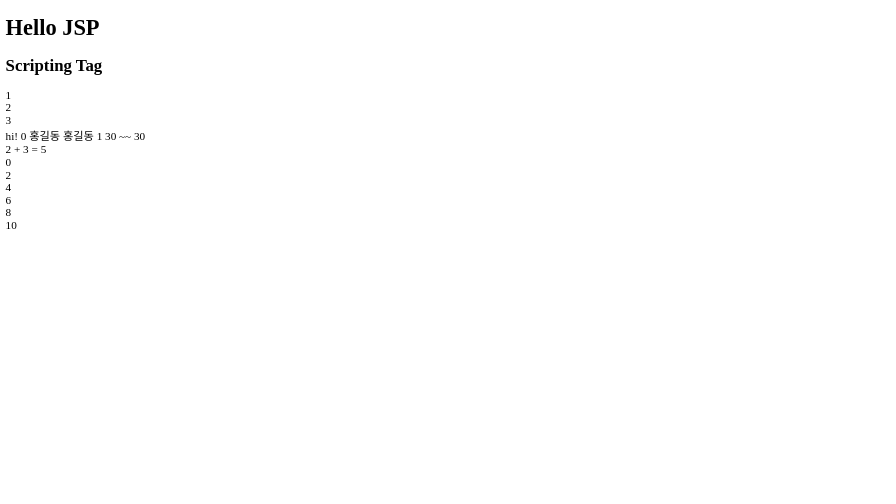
Repository: mi-ci/ai
Page: http://localhost/jsp01/ch01/b01.jsp
These files come from the project's save history. The page is drawn as it stood at one moment and after the next save; the edit follows.
The browser window is 1280 px wide. The pictures show the part of the page from y = 0 to 1920 px (the page is 720 px tall before and 9249 px after), at 70% of full size.
The page is served by Tomcat 9. Other server files are loaded and not shown.

Above is the page before, as saved 2024-01-16 07:40:48.

### jsp01/src/main/webapp/ch01/b01.jsp
<%@ page language="java" contentType="text/html; charset=UTF-8"
    pageEncoding="UTF-8"%>
<!DOCTYPE html>
<html>
<head>
<meta charset="UTF-8">
<title>하하하하</title>
</head>
<body>
	<h1>Hello JSP</h1>
	<h2>Scripting Tag</h2>
	<%! int count = 3;
		String makeItLower(String data){
			return data.toLowerCase();
		}
	%>

	<%
		for(int i = 1; i <= count; i++){
			out.println(i+"<br>");
		}
	%>
	<%= makeItLower("Hi!")%>

	<%! int count1 = 0; %>
	<% out.println(count1++); %>
	<% String name = "홍길동";
		out.println(name);
	%>
	<%= name %>
	<%= count1 %>
	<%!
		int sum(int a, int b){
			return a+b;
		};
	%>
	<%
		int aa = sum(10, 20);
		out.println(aa + " " + "~~");
	%>
	<%= aa %>

	<%
		int a = 2;
		int b = 3;
		int sum = a + b;
		out.println("<br>" + "2 + 3 = " + sum);
	%>
	<br>
	<%
		for(int i = 0; i<=10; i++){
			if (i % 2 == 0)
				out.println(i+"<br>");
		}
	%>










</body>
</html>

After the next save:
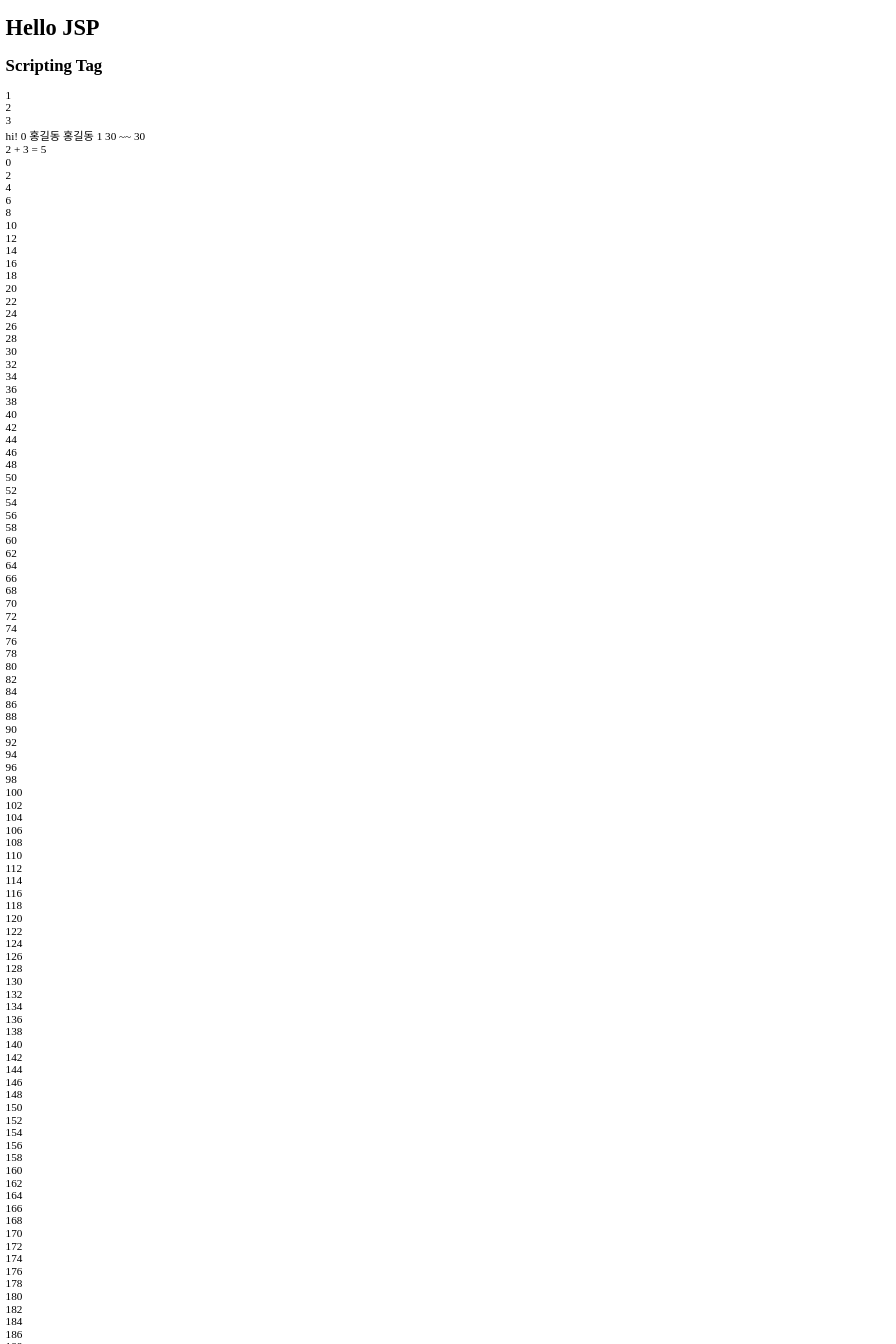
Saved 8 s later.
--- a/jsp01/src/main/webapp/ch01/b01.jsp
+++ b/jsp01/src/main/webapp/ch01/b01.jsp
@@ -48,7 +48,7 @@
 	%>
 	<br>
 	<%
-		for(int i = 0; i<=10; i++){
+		for(int i = 0; i<=1000; i++){
 			if (i % 2 == 0)
 				out.println(i+"<br>");
 		}

After the 2 saves that followed:
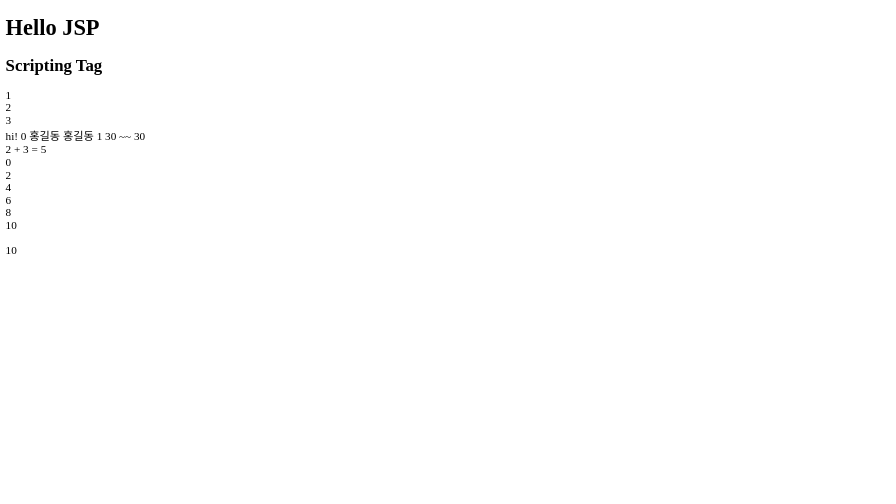
The 2 saves are shown as one change because 1 left the picture as it was.
The last was saved 2 min 47 s later.
--- a/jsp01/src/main/webapp/ch01/b01.jsp
+++ b/jsp01/src/main/webapp/ch01/b01.jsp
@@ -48,11 +48,14 @@
 	%>
 	<br>
 	<%
-		for(int i = 0; i<=1000; i++){
+		for(int i = 0; i<=10; i++){
 			if (i % 2 == 0)
 				out.println(i+"<br>");
 		}
 	%>
+	<br>
+	<%! int ga = 10; %>
+	<% out.println(ga); %>
 
 
 
